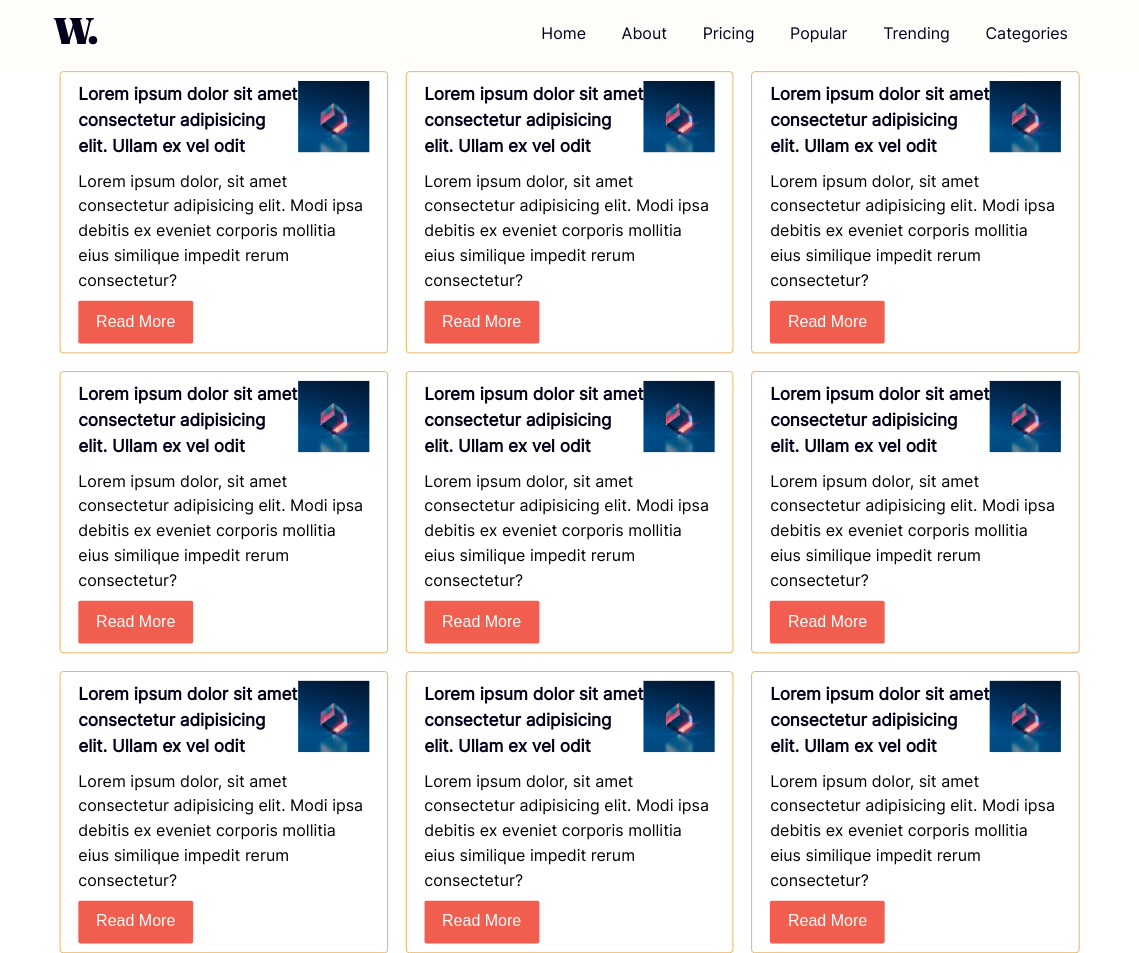
Repository: Benedict-Anthony/web3.0-blog-chain
Page: /trending
An editor plug-in stored every save of this project. The page is shown before and after the next save, followed by the edit.
The browser window is 1280 px wide. The pictures show the whole page, at 89% of full size.
The project was rebuilt for these pictures with package versions that can differ from the ones it lists, and the page was loaded fresh each time. The framework's server and built-in components were replaced by stand-ins that run in the browser. Also part of the build but not shown: next.config.js, styles/styles.css.

Above is the page before, as saved 2022-12-21 03:17:41.

### pages/_app.tsx
import '../styles/globals.scss'
import type { AppProps } from 'next/app'
import NavBar from '../components/NavBar'
import "@/styles/styles.css"
export default function App({ Component, pageProps }: AppProps) {
  return (
    <>
      <NavBar />
      <Component {...pageProps} />
    </>
  )
}

### pages/trending.tsx
import Layout from 'components/Layout'
import React from 'react'
import TrendingStyles from "@/styles/Trending.module.scss"
import Trending from 'components/Trending'
import { GetStaticProps } from 'next';

export const getStaticProps: GetStaticProps = async () => {
    // const apiKey = process.env.REACT_APP_RAPID_API_KEY || ""
    // const apiHost = process.env.REACT_APP_RAPID_NEWS_API_HOST || ""
    // // const params = {q: 'crytocurrency', freshness: 'Day', textFormat: 'Raw', safeSearch: 'Off'}
    // const url = `https://bing-news-search1.p.rapidapi.com/news/search?q=cryptocurrency&safeSearch=Off&textFormat=Raw&freshness=Day&count=100`
    // const config = {
    //     headers: {
    //         'X-RapidAPI-Key': apiKey,
    //         'X-RapidAPI-Host':apiHost,
    //         // "Accept-Language": "EN"
    //     }
    // }


    // const response = await fetch(url, config)
    // const data = await response.json()
    // console.log(data)
    return {
        props: {
            // news:data.value
            news:[1,2,3,4,5,6,7,8,9]
        }
    }
}
type TrendingProps = {
    news: {
        id: number
        name: string
        date: string
        slug: string
        image: { thumbnail: { contentUrl: string } }
        description:string
    }[]
}
const TrendingPage = ({news}:TrendingProps) => {

  return (
    <Layout>
          <section className={TrendingStyles.section}>
          {news.map((item) => (
              <Trending news={item} key={item.id}/>
          ))}



              </section>
    </Layout>

  )
}

export default TrendingPage

### styles/globals.scss
:root{
  --SoftOrange: hsl(35, 77%, 62%);
  --SoftRed: hsl(5, 85%, 63%);

  --Red: hsl(0, 78%, 62%);
  --Cyan: hsl(180, 62%, 55%);
  --Orange: hsl(34, 97%, 64%);
  --Blue: hsl(212, 86%, 64%);

  --OffWhite: hsl(36, 100%, 99%);
  --GrayishBlue: hsl(233, 8%, 79%);
  --DarkGrayishBlue: hsl(236, 13%, 42%);
  --VeryDarkBlue: hsl(240, 100%, 5%);
}

@font-face{
  font-family: "Inter";
  src: url("/landing/assets/fonts/static/inter-Bold.ttf");
  src: url("/landing/assets/fonts/static/inter-ExtraBold.ttf");
  src: url("/landing/assets/fonts/static/inter-Regular.ttf");
}

*::after, *::before, *{
  padding: 0;
  margin: 0;
  box-sizing: border-box;
  transition: all .3s ease;
  line-height: 1.54em;
}


ul,li{
  list-style: none;
}

html{
  scroll-behavior: smooth;
}

body{
  font-family: "Inter";
}

.swiper {
    overflow: visible;
}

### components/NavBar.tsx
import React from 'react'
import {useState} from "react"
import Image from 'next/image'
import Link from 'next/link';
import NavBarStyles from "@/styles/navBar.module.scss";

const NavBar = () => {
  const [mobileActive, setMobileActive] = useState(false)
  return (

        <header className={NavBarStyles.header}>
          <nav className={NavBarStyles.nav}>
               <div className="logo">
                <Image src="/landing/assets/images/logo.svg" alt="" width={50} height={30} />
              </div>

              <ul style={{
                right: mobileActive ? "0" : "calc(100vw + 50px)"
              }}>
                  <li><Link href={"/"}>Home</Link></li>
                  <li><Link href={"/about"}>About</Link></li>
                  <li><Link href={"/pricing"}>Pricing</Link></li>
                  <li><Link href={"/popular"}>Popular</Link></li>
                  <li><Link href={"/trending"}>Trending</Link></li>
                  <li><Link href={"/categories"}>Categories</Link></li>

              </ul>

                  <div className={NavBarStyles.toggler} onClick={() => setMobileActive(!mobileActive)}>
                      <Image src={`/landing/assets/images/${mobileActive ? "icon-menu-close.svg" : "icon-menu.svg"}`} alt="" width={25} height={20} />
            </div>

         </nav>
    </header>

  )
}

export default NavBar

### components/Layout.tsx
import React from 'react'
import UtilsStyles from "@/styles/Utils.module.scss";
import {ReactNode} from "react"

type layoutProps = {
    children: ReactNode
}
const Layout = ({children}:layoutProps) => {
  return (
    <main className={UtilsStyles.container}>
      <section className={UtilsStyles.spaceY}>
        {children}
      </section>
      </main>
  )
}

export default Layout

### styles/Trending.module.scss
.article{
    border: 1px solid var(--SoftOrange);
    border-radius: 4px;
    padding: 10px 20px;

    &:hover{
        transform: scale(.99);
    }
    div{
        width: 100%;
        position: relative;
        display: flex;
        justify-content: space-between;
        align-items: flex-start;
        img{
            width: 80px;

        }
        h4{
            font-weight: 600;
            color: var(--VeryDarkBlue);
            font-size: 1.2rem;
        }

    }
    p{
        font-size: 18px;
        padding-top: 10px;
    }


}

.section{
    display: grid;
    grid-template-columns: repeat(auto-fit, minmax(22rem, 1fr));
    justify-content: space-between;
    align-items: center;
    gap: 20px;
}

### components/Trending.tsx
import React from 'react'
import TrendingStyles from "@/styles/Trending.module.scss"
import Button from './Button'
type TrendingProps = {
    news: {
        id: number
        name: string
        date: string
        slug: string
      image: { thumbnail: { contentUrl: string } }
        description:string
    }
}

const Trending = ({news}:TrendingProps) => {
  return (
    <article className={TrendingStyles.article}>
        <div>
              <h4>Lorem ipsum dolor sit amet consectetur adipisicing elit. Ullam ex vel odit </h4>

              {/* <img src={news.image ? news.image.thumbnail.contentUrl : "nft/images/image-equilibrium.jpg"} alt="" /> */}
              <img src={"nft/images/image-equilibrium.jpg"} alt="" />
              <span>{news.date}</span>
          </div>

        <p>Lorem ipsum dolor, sit amet consectetur adipisicing elit. Modi ipsa debitis ex eveniet corporis mollitia eius similique impedit rerum consectetur?</p>

              <Button title='read more'/>
    </article>
  )
}

export default Trending

### styles/navBar.module.scss
.header{
    position: fixed;
    top: 0;
    right: 0;
    left: 0;
    // max-width: 1160px;
    margin: 0 auto;
    padding: 20px;
     background-color: var(--OffWhite);
     z-index:10;
    //  box-shadow:  2px 1px 3px var(--DarkGrayishBlue);
}

.nav{
    display: flex;
    justify-content: space-between;
    align-items: center;
     max-width: 1160px;
    margin: 0 auto;

    .logo{
        width: 50px;
    }

    ul{
        display: flex;
        align-items: center;
        justify-content: space-between;

        li{
            margin: 0 20px;

            a{
                text-decoration: none;
                font-size: 18px;
                color: var(--VeryDarkBlue);
                font-family: "Inter";
                font-weight: 400;
                &:hover{
                    color: var(--SoftRed);
                    cursor: pointer;
                }
            }
        }
    }

    @media(max-width:767px) {
        ul{
            position: absolute;
            top: 0;
            width: 80%;
            background-color: var(--OffWhite);
            box-shadow: 2px 2px 3px var(--DarkGrayishBlue);
            height: 100vh;
            flex-flow: column;
            justify-content: center;
            align-items: flex-start;
            padding-left: 10px;

            li{
                margin: 20px 0;

                a{
                    font-size: 22px;
                }
            }

        }


    }
}



.toggler{
        display: none;


        @media(max-width:767px) {
            display: block;
            z-index: 10;
        }
    }

### styles/Utils.module.scss
.container{
    max-width: 1160px;
    margin: 0 auto;
    overflow:hidden;
    padding: 0 7px;
}

.spaceY{
    padding-top: 2.5rem;
    margin-top: 2.5rem;
}

### components/Button.tsx
import React from 'react'
import ButtonbStyles from "@/styles/Button.module.scss"
type ButtonProps = {
    title:string
}
const Button = ({title}: ButtonProps) => {
  return (
    <button className={ButtonbStyles.button}>
      {title}
    </button>
  )
}

export default Button

### styles/Button.module.scss
.button{
    display: inline-block;
    color: var(--OffWhite);
    padding: 10px 20px;
    border: 0;
    background-color: var(--SoftRed);
    margin-top: 10px;
    font-size: 18px;
    border-radius: 2px;
    text-transform: capitalize;

    &:hover{
        cursor: pointer;
        background-color: var(--VeryDarkBlue);
    }
}

After the next save:
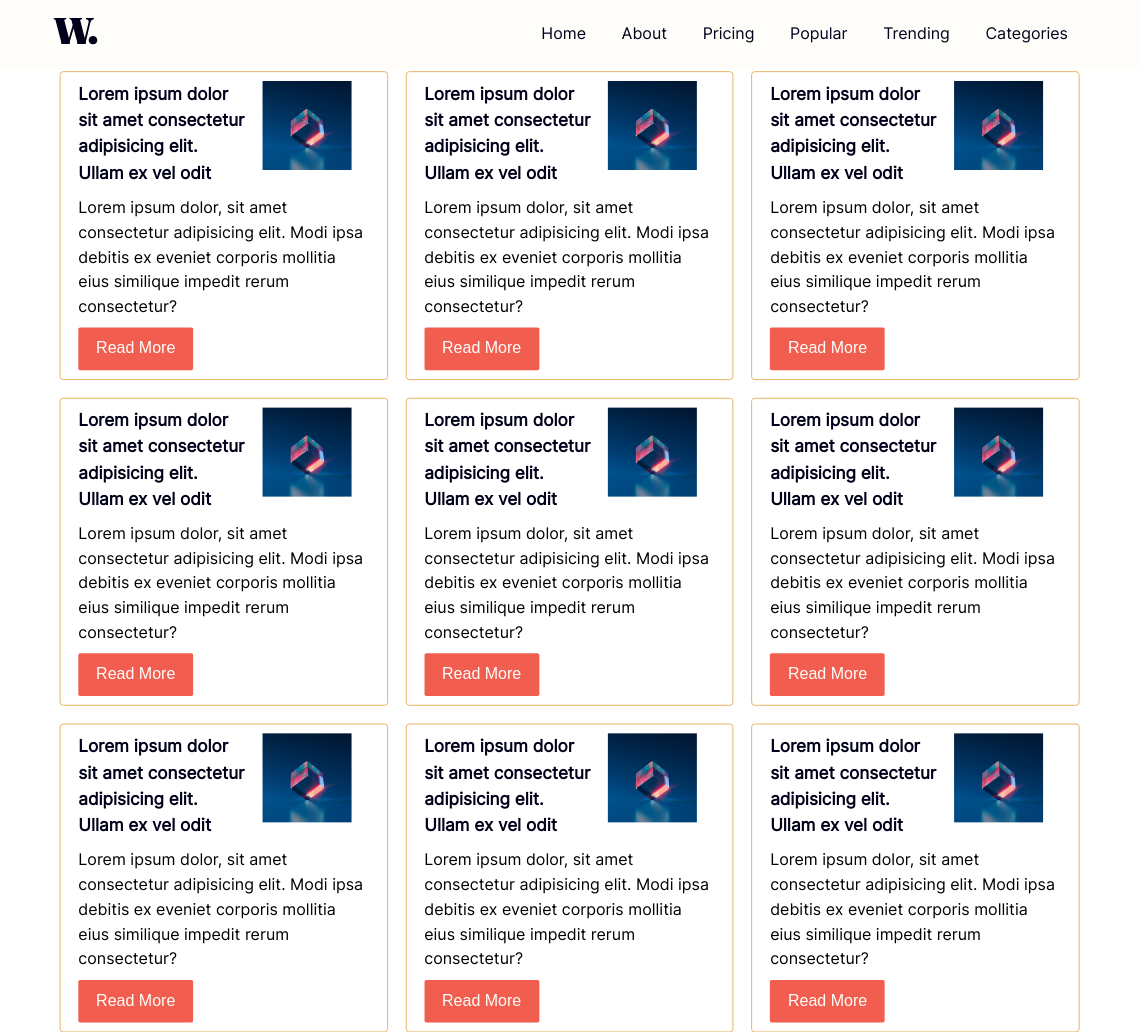
Saved 19 s later.
--- a/styles/Trending.module.scss
+++ b/styles/Trending.module.scss
@@ -12,8 +12,9 @@
         display: flex;
         justify-content: space-between;
         align-items: flex-start;
+        column-gap: 20px;
         img{
-            width: 80px;
+            width: 100px;
 
         }
         h4{
